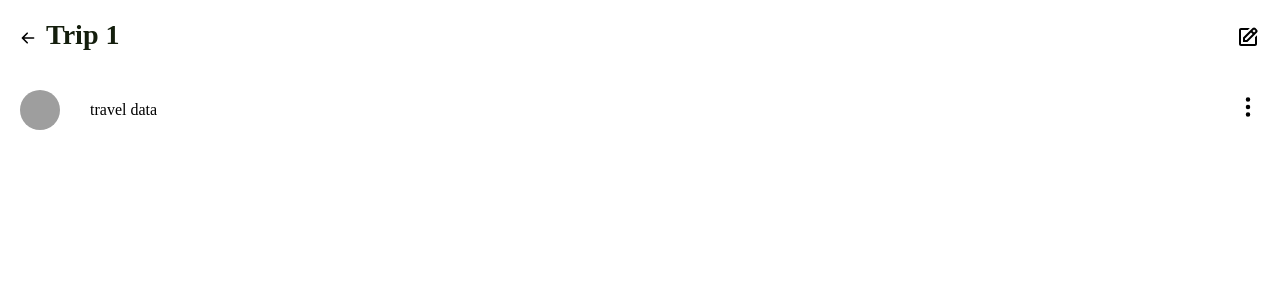
Repository: Abhi2359/PWA_Corider
Page: /
An editor plug-in stored every save of this project. The page is shown before and after the next save, followed by the edit.
The browser window is 1280 px wide. The pictures show the whole page.
Pictures or frames that could not be fetched are drawn as grey boxes. The page's requests for data from a server got no answer. The project was rebuilt for these pictures with package versions that can differ from the ones it lists, and the page was loaded fresh each time. No one was signed in, and anything a server would have sent is missing. Also part of the build but not shown: vite.config.js.

Above is the page before, as saved 2023-05-13 02:31:24.

After the next save:
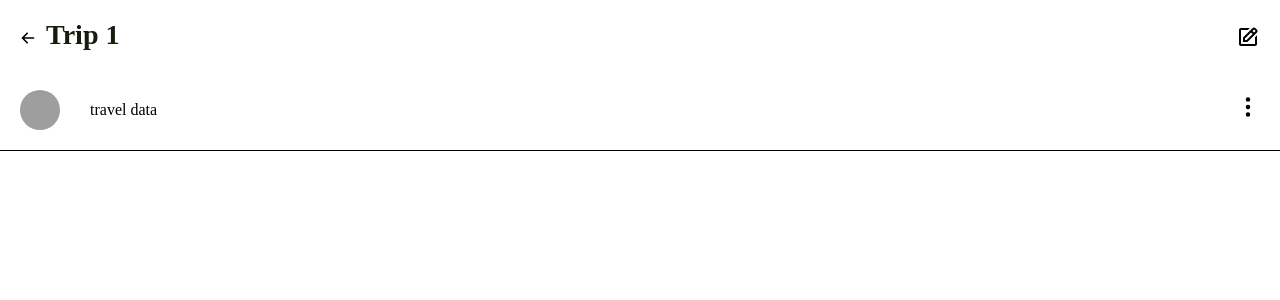
Saved 32 s later.
--- a/src/App.css
+++ b/src/App.css
@@ -68,3 +68,7 @@ color: #141E0D;
     margin-left: 10px;
     font-size: 24px;
 }
+.line {
+    border-top: 1px solid #000; /* Adjust color and thickness as desired */
+    margin: 10px 0; /* Adjust margin as needed */
+  }
